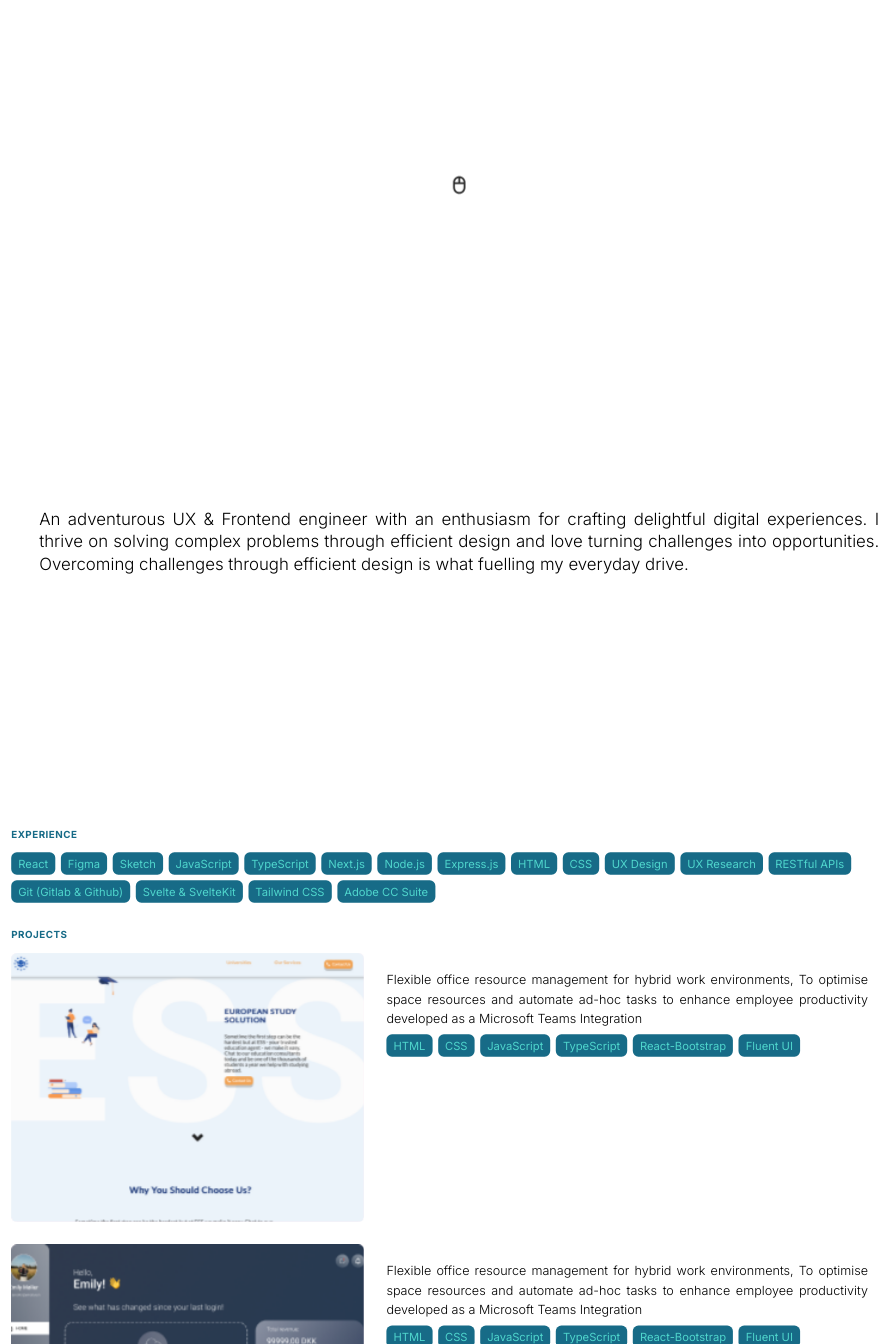
Repository: TheMarcellVarga/personal-portfolio-v.2
Page: /
An editor plug-in stored every save of this project. The page is shown before and after a run of saves, followed by the edit.
The browser window is 1280 px wide. The pictures show the part of the page from y = 392 to 2312 px (the page is 3057 px tall before and 2625 px after), at 70% of full size.
The project was rebuilt for these pictures with package versions that can differ from the ones it lists, and the page was loaded fresh each time. The framework's server and built-in components were replaced by stand-ins that run in the browser. Also part of the build but not shown: next.config.mjs.

Above is the page before, as saved 2024-04-25 01:06:01.

After the next 2 saves:
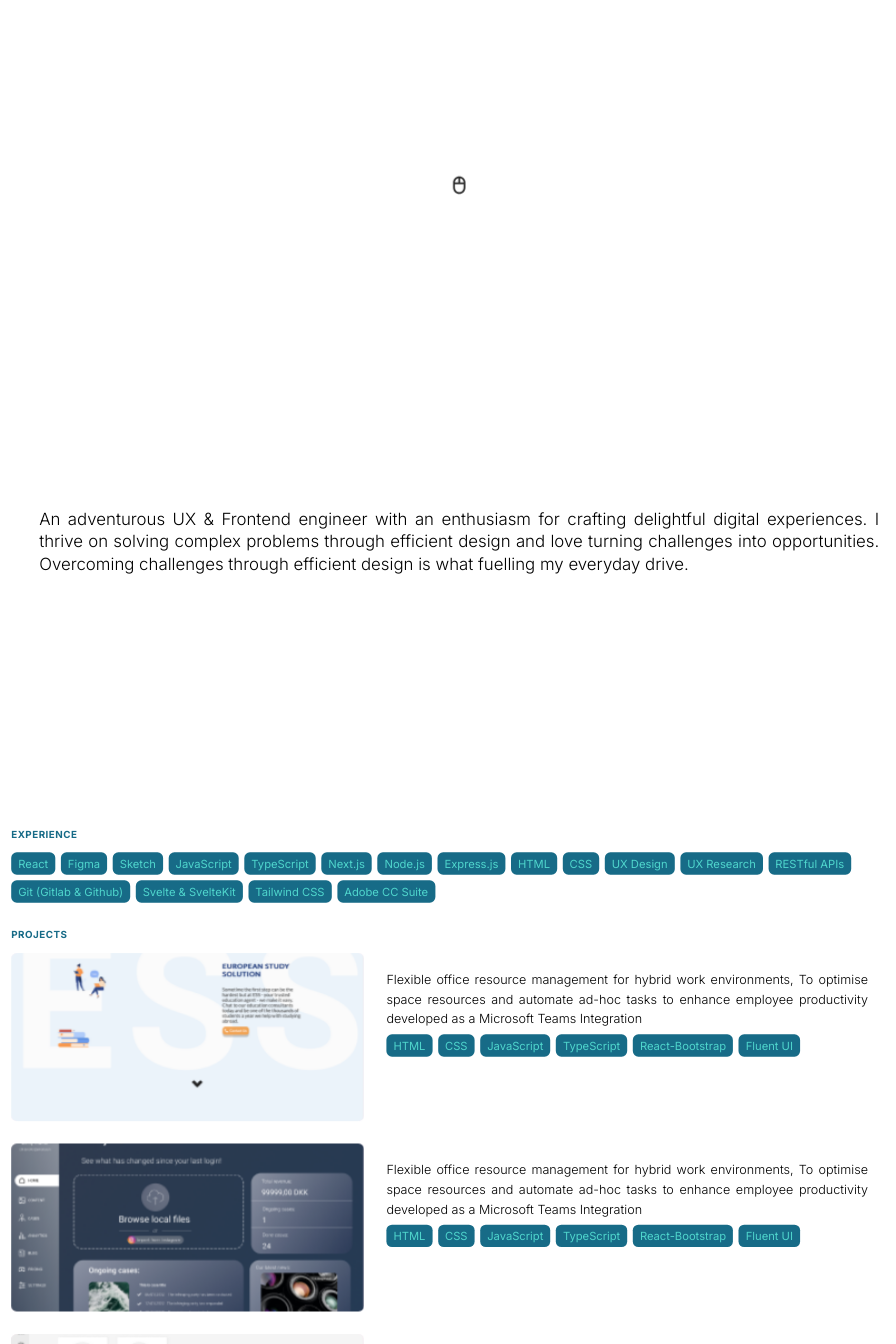
The 2 saves are shown as one change because they came seconds apart.
The last was saved 7 s later.
--- a/app/page.tsx
+++ b/app/page.tsx
@@ -240,7 +240,7 @@ export default function Page() {
             {projects.map((project) => (
               <div key={project.title} className="flex gap-2">
                 <div className="w-full h-full relative rounded-lg overflow-hidden y-5">
-                  <div className="bg-pink-100 h-96">
+                  <div className="bg-pink-100 h-60">
                     <Image
                       src={project.image} // Use the image path from the project object
                       alt={project.title} // Use the project title as the alt text
